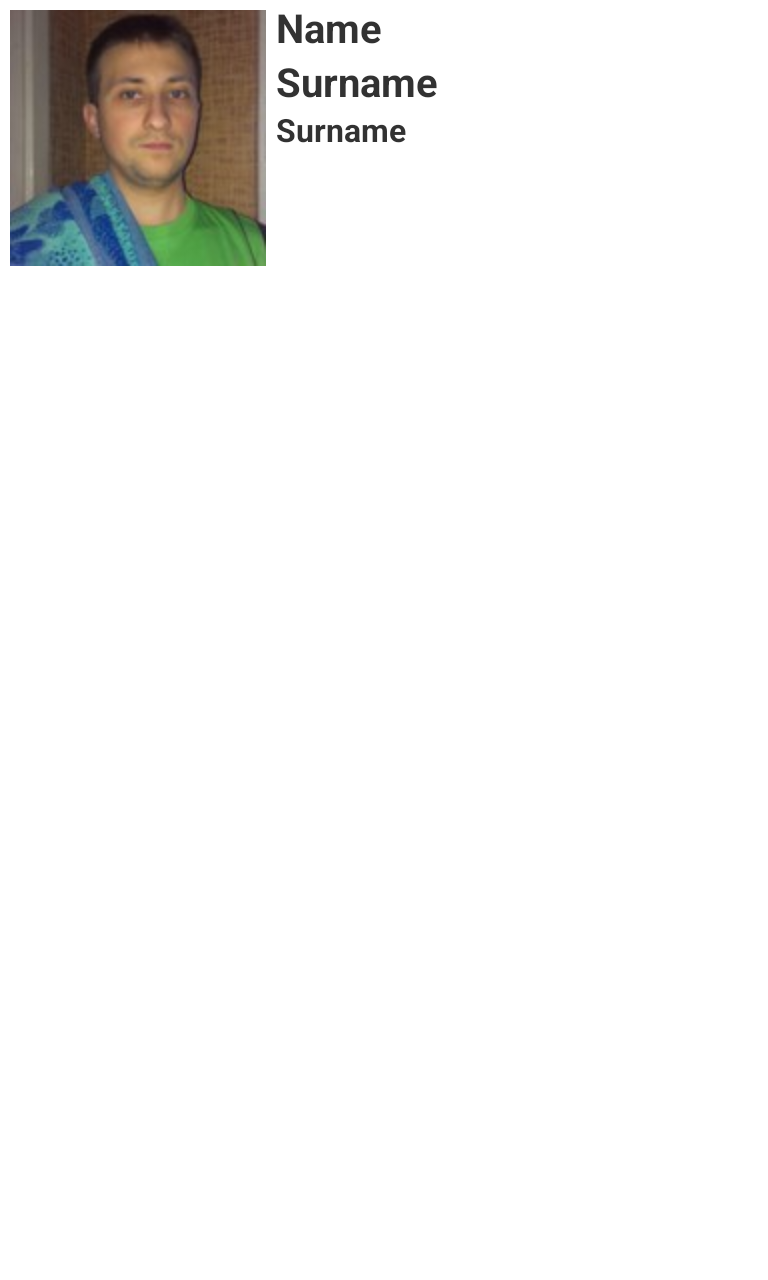
Repository: VanchT/42-test-ivtolkachev
Layout: FacebookFriends/res/layout/activity_main.xml
An editor plug-in stored every save of this project. The layout is shown before and after the next save, followed by the edit.
It is drawn on a 768 x 1280 px phone screen (xhdpi) without system bars, with theme AppTheme; the app's code is not run.

Above is the layout before, as saved 2013-01-09 08:44:28.

### FacebookFriends/res/layout/activity_main.xml
<RelativeLayout xmlns:tools="http://schemas.android.com/tools"
    android:layout_width="match_parent"
    android:layout_height="match_parent"
    tools:context=".MainActivity" xmlns:android="http://schemas.android.com/apk/res/android">

    <ImageView
        android:id="@+id/image_me"
        android:layout_width="wrap_content"
        android:layout_height="wrap_content"
        android:layout_alignParentLeft="true"
        android:layout_alignParentTop="true"
        android:contentDescription="@string/me_image_description"
        android:src="@drawable/me"
        android:layout_margin="5dp"/>

    <TextView
        android:id="@+id/name_me"
        android:layout_width="wrap_content"
        android:layout_height="wrap_content"
        android:layout_toRightOf="@id/image_me"
        android:textStyle="bold"
        android:textSize="20sp"
        android:text="@string/me_name"
        />

    <TextView
        android:id="@+id/surname_me"
        android:layout_width="wrap_content"
        android:layout_height="wrap_content"
        android:layout_toRightOf="@id/image_me"
        android:layout_below="@id/name_me"
        android:textStyle="bold"
        android:textSize="20sp"
        android:text="@string/me_surname"
        />

    <TextView
        android:id="@+id/birthday_me"
        android:layout_width="wrap_content"
        android:layout_height="wrap_content"
        android:layout_toRightOf="@id/image_me"
        android:layout_below="@id/surname_me"
        android:textStyle="bold"
        android:textSize="16sp"
        android:text="Surname"
        />

</RelativeLayout>

### FacebookFriends/res/values/strings.xml
<?xml version="1.0" encoding="utf-8"?>
<resources>

    <string name="app_name">FacebookFriends</string>
    <string name="menu_settings">Settings</string>
    <string name="me_name">Name</string>
    <string name="me_surname">Surname</string>
    <string name="me_birth">Date of birth:</string>
    <string name="me_bio">Bio</string>
    <string name="me_contacts">Contacts</string>
    <string name="me_image_description">Me</string>

</resources>

Loaded but not shown: FacebookFriends/res/values/styles.xml (common file); FacebookFriends/res/values-v11/styles.xml (common file); FacebookFriends/res/values-v14/styles.xml (common file)

After the next save:
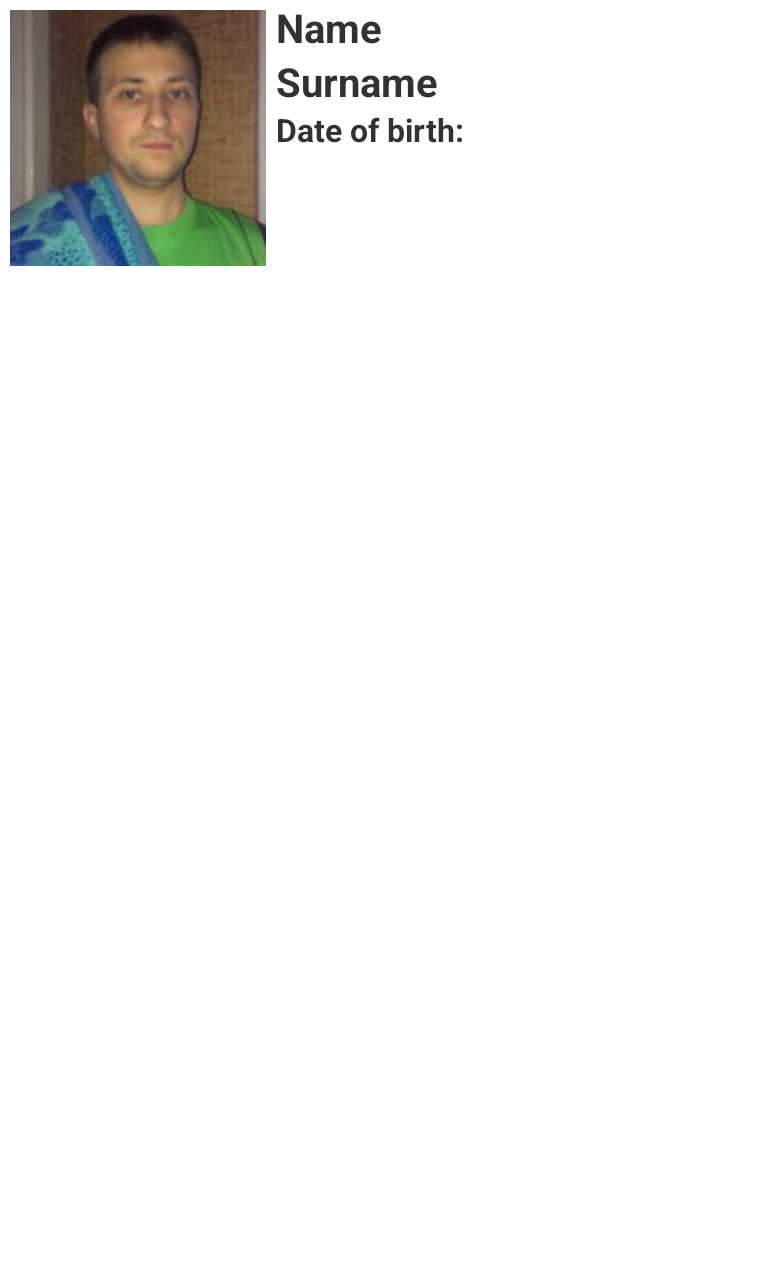
Saved 18 s later.
--- a/FacebookFriends/res/layout/activity_main.xml
+++ b/FacebookFriends/res/layout/activity_main.xml
@@ -42,7 +42,7 @@
         android:layout_below="@id/surname_me"
         android:textStyle="bold"
         android:textSize="16sp"
-        android:text="Surname"
+        android:text="@string/me_birth"
         />
 
 </RelativeLayout>
